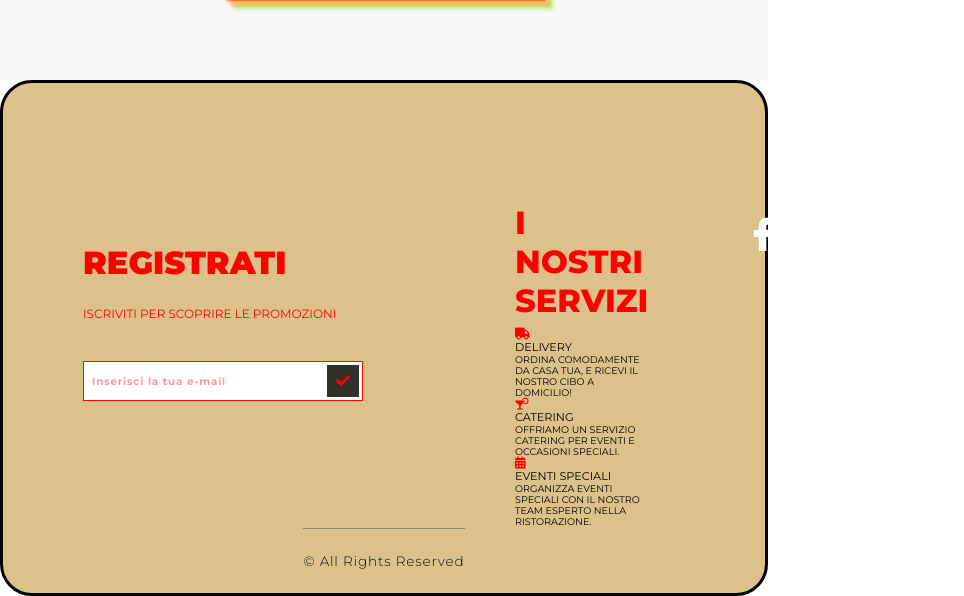
Repository: Probyte5D/ResponsiveFoodWebsite
Page: index.html
An editor plug-in stored every save of this project. The page is shown before and after the next save, followed by the edit.
The browser window is 768 px wide. The page is 964 px wide, so the pictures cover 964 px, including what lies to the right of the window. The pictures show the part of the page from y = 3459 to 4055 px (the page is 4055 px tall before and 3986 px after).
Backgrounds fixed to the window are drawn as part of the page. Some web fonts or font styles are not loaded; a fallback is used.

Above is the page before, as saved 2025-04-06 20:08:29.

### index.html
<!DOCTYPE html>
<html lang="en">
<head>
  <meta charset="UTF-8">
  <meta name="viewport" content="width=device-width, initial-scale=1.0">
  <title>Food Website</title>
  <link rel="stylesheet" href="style.css">
  <link rel="stylesheet" href="https://cdnjs.cloudflare.com/ajax/libs/font-awesome/5.15.4/css/all.min.css">
</head>
<body>

  <div class="navbar">

    <a href="#" class="navbar-link">
      <i class="fas fa-home"></i>
      <span>Home</span>
    </a>
    <a href="#" class="navbar-link">
      <i class="fas fa-info-circle"></i>
      <span>Chi Siamo</span>
    </a>
    <a href="#" class="navbar-link">
      <i class="fas fa-cogs"></i>
      <span>Servizi</span>
    </a>
    <a href="#" class="navbar-link">
      <i class="fas fa-envelope"></i>
      <span>Contatti</span>
    </a>
  </div>

  <div class="container">
    <!--section 1-->
    <div class="section-1">
      <h1 class="section-heading">
        Food Lab 5D
      </h1>
      <div class="section-1-Icons">
        <i class="fas fa-cheese change"></i>
        <i class="fas fa-egg"></i>
        <i class="fas fa-pizza-slice"></i>
        <i class="fas fa-fish"></i>
        <i class="fas fa-bacon"></i>
        <i class="fas fa-drumstick-bite"></i>
        <i class="fas fa-apple-alt"></i>
        <i class="fas fa-hamburger"></i>
        <i class="fas fa-ice-cream"></i>


      </div>
    </div>
    <!--end of section1-->
  </div>

<!--section 2-->
<div class="section-2">
  <h1 class="section-heading">Must Have</h1>
  <div class="cards-container">
    <!-- Card 1: Pizza -->
    <div class="card">
      <img src="Images/card-img-1.png" class="card-img" alt="Pizza ad alta lievitazione">
      <h3 class="card-name">Pizza ad alta lievitazione</h3>
      <p class="card-description">Pizza soffice e fragrante, con lievitazione naturale.</p>
      <span class="card-price">€12.00</span>
      <button class="card-btn">Prenota</button>
    </div>
    <!-- Card 2: Carne -->
    <div class="card">
      <img src="Images/card-img-2.png" class="card-img" alt="Carne di prima qualità">
      <h3 class="card-name">Carne di prima qualità</h3>
      <p class="card-description">Carne selezionata, cucinata alla perfezione.</p>
      <span class="card-price">€20.00</span>
      <button class="card-btn">Prenota</button>
    </div>
    <!-- Card 3: Dessert -->
    <div class="card">
      <img src="Images/card-img-3.png" class="card-img" alt="Dessert">
      <h3 class="card-name">Dessert</h3>
      <p class="card-description">Dolci freschi preparati con ingredienti di alta qualità.</p>
      <span class="card-price">€6.00</span>
      <button class="card-btn">Prenota</button>
    </div>
  </div>
</div>
<!--end of section 2-->


<!--sect 3-->
<div class="section-3">
  <h1 class="section-heading">Gallery</h1>
  <div class="gallery">
    <a href="#" class="gallery-link" title="Order Now">
      <img src="Images/gallery-img-1.jpg" class="food-img">
      <h3 class="food-name">Pasta</h3>
      <p class="food-description">Tagliatelle fresche condite con un sugo di carne bianco, simile alla genovese, ricco e profumato, ideale per chi ama i sapori tradizionali.</p>
    </a>
    <a href="#" class="gallery-link" title="Order Now">
      <img src="Images/gallery-img-2.jpg" class="food-img">
      <h3 class="food-name">Pesce</h3>
      <p class="food-description">Filetto di salmone servito con salsa bianca cremosa, accompagnato da broccoli al vapore per un equilibrio perfetto tra gusto e leggerezza.</p>
    </a>
    <a href="#" class="gallery-link" title="Order Now">
      <img src="Images/gallery-img-3.jpg" class="food-img">
      <h3 class="food-name">Aperitivi</h3>
      <p class="food-description">Un fresco spritz al limone servito con olive, taralli e sfiziosi stuzzichini per un perfetto inizio serata in stile italiano.</p>
    </a>
    <a href="#" class="gallery-link" title="Order Now">
      <img src="Images/gallery-img-4.jpg" class="food-img">
      <h3 class="food-name">Pizza</h3>
      <p class="food-description">Pizza cotta nel forno a legna con mozzarella di bufala, basilico fresco e pomodoro, una classica margherita fatta a regola d’arte.</p>
    </a>
    <a href="#" class="gallery-link" title="Order Now">
      <img src="Images/gallery-img-5.jpg" class="food-img">
      <h3 class="food-name">Colazione</h3>
      <p class="food-description">Colazione completa con pancake, frutta fresca, uova strapazzate, waffle dorati e un cappuccino cremoso per iniziare al meglio la giornata.</p>
    </a>
    <a href="#" class="gallery-link" title="Order Now">
      <img src="Images/gallery-img-6.jpg" class="food-img">
      <h3 class="food-name">Carne</h3>
      <p class="food-description">Tagliata di manzo servita con patate novelle al forno, un piatto rustico e saporito che esalta la qualità della carne.</p>
    </a>
  </div>
</div>


     <!--end ofsection3-->



<!-- sect 4 -->


<div class="section-4">
  <div class="section-4-text">
    <h2 class="section-4-heading">Registrati</h2>
    <p class="section-4-paragraph">Iscriviti per scoprire le promozioni</p>
    <form action="" class="signup-form">
      <input type="email" class="signup-form-input" placeholder="Inserisci la tua e-mail">
      <button type="submit" class="signup-form-btn">
        <i class="fas fa-check"></i>
      </button>
    </form>
  </div>


  <!-- Sezione Servizi -->
  <div class="services">
    <h1 class="section-4-services">I nostri servizi</h1>
    <div class="services-container">
      <div class="service">
        <i class="fas fa-truck"></i>
        <h3>Delivery</h3>
        <p>Ordina comodamente da casa tua, e ricevi il nostro cibo a domicilio!</p>
      </div>
      <div class="service">
        <i class="fas fa-cocktail"></i>
        <h3>Catering</h3>
        <p>Offriamo un servizio catering per eventi e occasioni speciali.</p>
      </div>
      <div class="service">
        <i class="fas fa-calendar-alt"></i>
        <h3>Eventi Speciali</h3>
        <p>Organizza eventi speciali con il nostro team esperto nella ristorazione.</p>
      </div>
    </div>
  </div>

  <p class="copyright">&copy; All Rights Reserved</p>

  <div class="footer-socials">
    <a href="#" class="social-icon"><i class="fab fa-facebook-f"></i></a>
    <a href="#" class="social-icon"><i class="fab fa-instagram"></i></a>
    <a href="#" class="social-icon"><i class="fab fa-twitter"></i></a>
    <a href="#" class="social-icon"><i class="fab fa-linkedin-in"></i></a>
  </div>


</div>


<!-- end of sect 4 -->

<script src="script.js"></script>
</body>
</html>

### style.css
@import url('https://fonts.googleapis.com/css2?family=Comfortaa:wght@300..700&family=Montserrat:ital,wght@0,100..900;1,100..900&family=Roboto+Serif:ital,opsz,wght@0,8..144,100..900;1,8..144,100..900&display=swap');

@import url('https://fonts.googleapis.com/css2?family=Montserrat:ital,wght@0,100..900;1,100..900&display=swap');

/*common styles*/
*{
  margin: 0;
  padding: 0;
  box-sizing: border-box;
  text-decoration: none;
  outline: none;
  font-family: "Montserrat", "Comfortaa";
  font-weight: 400;
}

html{
  font-size: 62.5%;
}
/*end of common styles*/

/*section1*/

.section-1{

  width:100%;
  height: 100vh;
  background-color: #333;
  display: flex;
  flex-direction: column;
  align-items: center;
  justify-content: space-evenly;
  background-image:
  linear-gradient(rgba(0, 0, 0, 0.5), rgba(0, 0, 0, 0.575)), /* Fading effect */
  url('Images/restaurant-background-2.jpg'); /* L'immagine di sfondo */
background-size: cover; /* L'immagine coprirà tutta la sezione */
background-position: center; /* Centra l'immagine */
background-attachment: fixed; /* Fissa lo sfondo mentre si scorre */
  height: 100vh;  /* Imposta l'altezza della sezione per coprire tutta la finestra */
  color: white;  /* Colore del testo per garantire il contrasto con l'immagine */
  padding: 2rem;  /* Padding per evitare che il contenuto tocchi il bordo */
  border: 10px solid white;  /* Aggiungi il bordo bianco */
  box-sizing: border-box;  /* Include il bordo nel calcolo della larghezza/altezza */
  border-radius: 10px;  /* Opzionale: aggiungi angoli arrotondati */

}

.section-heading{
  font-size: 12rem;
  font-weight: 900;
  color: white;
  text-align: center;
  text-transform: capitalize;
  letter-spacing: 0.5rem;
  text-shadow: 0.3rem 0.3rem 0.3rem #000;
}

.section-1-Icons i
{
  font-size: 35rem;
  color:#9e6f09c5;
  position: absolute;
  transform: translate(-50%, -50%) scale(0); /*nascosta*/
  text-shadow: 0.2rem 0.2rem 0.2rem #000;
  transition: transform 0.3s;
}

.section-1-Icons i.change
{
  transform: translate(-50%, -50%) scale(1);/*visibile*/
  transition: transform 0.3s 0.3s;
}
/*end of sect1*/


/*sect2*/

.section-2 {
  width: 100%;
  height: 100vw;
  background-color: #222;
  background-image:
  linear-gradient(rgba(0, 0, 0, 0.5), rgba(0, 0, 0, 0.575)), /* Fading effect */
  url('Images/restaurant-background.jpg'); /* L'immagine di sfondo */
background-size: cover; /* L'immagine coprirà tutta la sezione */
background-position: center; /* Centra l'immagine */
background-attachment: fixed; /* Fissa lo sfondo mentre si scorre */
  display: flex;
  flex-direction: column;
  justify-content: space-between;
  padding: 10rem 0;
}

.cards-container{
  display: flex;
  justify-content: space-evenly;
}

.card{
  position: relative;
  width: 30rem;
  background-color:rgba(255, 223, 0, 0.7); /* Dorato più soft */
  padding: 4rem;
  display: flex;
  flex-direction: column;
  justify-content: space-between;
  align-items: center;
  box-shadow: 1rem 1rem 1rem #000;
  transform: rotateY(20deg) skewX(-2deg);
  transition: transform 0.5s, box-shadow 0.5s;
}

.card:hover{

  transform: rotateY(20deg) skewX(-2deg) translateY(-3rem);
  box-shadow: 2rem 2rem 2rem #000;
  background-color: rgba(255, 215, 0, 0.85); /* Dorato più pieno durante l'hover */
}

.card::before {
  content: "";
  height: 100%;
  width: 1rem;
  background-color: rgb(139, 139, 98);
  position: absolute;
  top: 0;
  left: -1rem;
  transform: skewY(45deg);
  transform-origin: right;
  box-shadow: -.1rem -.1rem -.1rem #000;
}

.card::after {
  content: "";
  height: 1rem;
  width: 100%;
  background-color: rgba(255, 223, 0, 0.7); /* Dorato più soft */
  position: absolute;
  top: -1rem;
  left: 0;
  transform: skewX(45deg);
  transform-origin: bottom;
  box-shadow: -.1rem -.1rem -.1rem #000;



}

.card-img {
  width: 100%;               /* L'immagine occuperà tutta la larghezza disponibile */
  height: 200px;             /* Impostiamo un'altezza fissa per tutte le immagini */
  object-fit: contain;       /* L'immagine verrà ridimensionata senza distorsioni */
  object-position: center;   /* Centra l'immagine nel contenitore */
}
/*end of sect2*/

.card-name{
  font-size: 3rem;
  font-weight: bolder;
  text-transform: uppercase;
  letter-spacing: 0.5rem;
  color: #111; /* Colore del testo scuro per contrasto */
  margin:2rem 0;
  text-shadow: 0.15rem 0.154rem 0.15rem #000;
  font-display: center;

}

.card-btn{
width:70%;
background-color: #000;
color: antiquewhite;
border-radius: 5rem;
font-size: 1.5rem;
font-weight: 800;
letter-spacing: 0.2rem;
text-transform: capitalize;
border: none;
padding: 0.5rem 0;
cursor: pointer;
box-shadow: -.2rem -.2rem  -.2rem #000 ;
}


.card-description{
  font-size: 2rem;
  color: #313127;
  font-weight: bolder;
  margin:2rem 2rem;
  letter-spacing: 0.2rem;
  padding-top: 0.5rem;
  text-shadow: 0.15rem 0.154rem 0.15rem #999986;
  margin-top: 0.5rem ;
  padding-bottom: 0.5rem;
}
.card-price{
  font-size: 2rem;
  color: #070706;
  position: bottom;
  margin-bottom: 0.5rem;
  padding-bottom: 0.2rem;
}


/*sect3*/
.section-3{

  background-color: #f7f7f7;
  padding: 5rem 0;

}

.gallery{
  display: flex;
  flex-wrap: wrap;
  align-items: center;
  justify-content: space-evenly;
  margin-top: 10rem;

}
.food-img {
  width: 24vw;
  height: 15vw;
  object-fit: cover;
  box-shadow:
    0.3rem 0.3rem 0.2rem rgba(255, 0, 0, 0.4),    /* Rosso morbido */
    0.6rem 0.6rem 0.3rem rgba(255, 204, 0, 0.3),  /* Giallo tenue */
    0.9rem 0.9rem 0.3rem rgba(255, 94, 8, 0.3),   /* Arancione tenue */
    1.2rem 1.2rem 0.4rem rgba(102, 243, 8, 0.3);  /* Verde chiaro */
  transition: all 0.5s;
}

/*end sect3*/

.gallery-link {
  margin: 4rem 1rem;
  position: relative;
}

.gallery-link::before {
  content: "";
  position: absolute;
  width: 0.2rem;
  height: 0;
  background-color: white;
  top: 2vw;
  left: 80%;
  transition: height 0.5s;
  z-index: 10;
}

.gallery-link::after {
  content: "";
  position: absolute;
  width: 0;
  height: 0.2rem;
  background-color: white;
  top: 30%;
  left: 2rem;
  transition: width 0.5s;
}

.gallery-link:hover::before {
  height: 80%;
}

.gallery-link:hover::after {
  width: 90%;
}

.food-name {
  position: absolute;
  top: 3rem;
  left: 3rem;
  font-size: 2rem;
  margin-top: 1rem;
  text-transform: uppercase;
  font-weight: 700;
  color: white;
  width: 0;
  overflow: hidden;
  transition: width 0.3s;
}

.food-description {
  position: absolute;
  bottom: 3vw;
  left: 2rem;
  margin-top: 0.5rem;
  font-size: 1rem;
  line-height: 1.4;
  width: 70%;
  font-weight: 700;
  text-transform: uppercase;
  color: white;
  visibility: hidden;
  opacity: 0;
  transition: opacity 0.3s;
}

.gallery-link:hover .food-name {
  width: 100%;
  transition: width 1.5s 0.5s;
}

.gallery-link:hover .food-description {
  opacity: 1;
  visibility: visible;
  transition: opacity 1s 1s;
}

.gallery-link:hover .food-img {
  box-shadow:
    1rem 1rem 0.2rem rgba(255, 0, 0, 0.5),    /* Rosso più sfumato */
    2rem 2rem 0.3rem rgba(255, 204, 0, 0.4),  /* Giallo più chiaro */
    3rem 3rem 0.4rem rgba(255, 94, 8, 0.4),   /* Arancione sfumato */
    4rem 4rem 0.5rem rgba(102, 243, 8, 0.4);  /* Verde più tenue */
  filter: blur(0.5rem);
  transform: scale(1.1);
}




/*sect4*/

.section-4{
  width: 100%;
  height: 55vh;
  background-color: #b47b0075;
  display: flex;
  justify-content: space-around;
  align-items: flex-start;
  padding: 3rem 0;
  position: relative;
  border: solid #000;
  border-radius: 4rem;


}

.copyright{
  position: absolute;
  bottom: 3rem;
  font-size: 1.7rem;
  font-weight: 200;
  color: #0e0d0d;
  font-weight: 300;
  letter-spacing: 0.1rem;
  border-top: solid #888 0.1rem;
  padding-top: 3rem;

}

.section-4-text{
  text-transform: uppercase;
}

.section-4-heading{
  font-size: 4rem;
  font-weight: 900;
  color: red;
  flex-direction: column;
  padding-bottom: 3rem;
  justify-content: center;  /* Centra gli elementi verticalmente */
  align-items: center;  /* Centra gli elementi orizzontalmente */
}


.section-4-services{
  font-size: 4rem;
  font-weight: 800;
  text-transform: uppercase;
  color: red;
  padding-bottom: 1rem;
}

.footer-socials i{

  font-size: 4rem;
  font-weight: 800;
  color: white;
justify-content: space-around;
padding-left: 2rem;
}

.footer-socials i:hover{

  color: red;
  transition: 0.5s;
}
.section-4-paragraph{
  font-size: 1.5rem;
  color: red;
}
.signup-form{
  display: flex;
  align-items: center;



}

.signup-form-input{
  width: 35rem;
  height: 5rem;
  padding: 1rem;
  border: 0.2rem solid rgb(255, 8, 0);
  font-size: 1.6rem;
  font-weight: 700;
  letter-spacing: 0.1rem;
  color: red;
  flex-direction: column;
  margin-top: 5rem;

}

.signup-form-input::placeholder{
  color:rgba(255, 0, 0, 0.4);
  font-size: 1.3rem;
}

.signup-form-btn{
  position: relative;
  left: -4.5rem;
  width: 4rem;
  height: 4rem;
  background-color: #313127;
  color: red;
  border: none;
  cursor: pointer;
  font-size: 1.8rem;
  margin-top: 5rem;
}

.service{
  font-size: 1.2rem;
  text-transform: uppercase;
  text-shadow: #000;
}

.service i{
  font-size: 1.5rem;
  color: red;
}
/*end of sect4*/


/*nav*/

/* NAVBAR HIDDEN STATE (inizialmente nascosta) */
.navbar {
  position: fixed;

  left: 0;
  width: 100%;
  height: 14rem;
  background-color: rgba(44, 42, 42, 0.9);
  backdrop-filter: blur(8px);
  z-index: 9999;  /* più alto di tutto */
  display: flex;
  align-items: center;
  justify-content: center;

    transition: top 0.3s ease;
    top: 0;

    opacity: 1;
    pointer-events: all;
    transition: top 0.2s ease-in-out, opacity 0.2s ease-in-out;
  box-shadow: 0.2rem 0.2rem 0.2rem #000;
  transition: top 0.5s ease-in-out;
}



.navbar.hidden {
  top: -120px;
  opacity: 0;
  pointer-events: none;
          /* Nasconde tutto completamente */
  transform: translateY(-100%); /* La navbar esce completamente verso l'alto */
  opacity: 0;                   /* La navbar diventa completamente invisibile */
  visibility: hidden;           /* Nasconde la navbar completamente */
  pointer-events: none;
}

/* NAVBAR VISIBLE STATE */
.navbar.active {
  top: 0;
}

.navbar .nav-content {
  transition: opacity 0.3s ease;
  opacity: 1;
}

.nav-content {
  opacity: 0;
}
/* NAV LINKS */
.navbar-link {
  color: #999986;
  margin: 1rem;
  font-weight: 900;
  font-size: 4rem;
  letter-spacing: 0.5rem;
  text-transform: uppercase;
  text-align: center;
  transition: color 0.3s;
}

.navbar-link:hover {
  color: #ffcc00;
}

/* OPTIONAL - SPAN PICCOLO SOTTO OGNI LINK */
.navbar-link span {
  display: block;
  font-size: 1.2rem;
  font-weight: 700;
  letter-spacing: 0.3rem;
  margin-top: 0.5rem;
  color: #ccc;
}




/*end of nav*/


@media (max-width:1400px) {
  html{
    font-size: 50%;
  }

  .section-2{
    height: auto;
    padding: 10rem 0 12rem 0;
  }
  .cards{
    margin-top: 10rem;
  }

  .gallery-link{
    width: 40rem;
    height: 25rem;
    margin: 5rem;
  }

  .food-img{
    width: 100%;
    height: 100%;
  }

  .section-4{
    height: auto;
    padding: 10rem 0 12rem 0;
  }
  .services{
    width: 40rem;
    height: 25rem;
    margin: 5rem;
  }
  .section-4-text{
    height: auto;
    padding: 10rem 10rem 12rem 10rem;
  }


  /* Footer Social Icons - Rimuovere l'altezza fissa e migliorare la disposizione */
  .footer-socials {
    display: flex;               /* Utilizzare flexbox per disporre le icone */
    justify-content: center;     /* Centrare le icone */
    align-items: center;         /* Allineare verticalmente */
    padding: 2rem 0;             /* Aggiungere un po' di padding per separare dalle altre sezioni */
    margin: 5rem;
  }

  .footer-socials .social-icon {
    margin: 0 1rem;             /* Distanza tra le icone */
    font-size: 2.5rem;           /* Impostare una dimensione adeguata per le icone */
    color: #333;                 /* Colore delle icone */
    transition: color 0.3s ease; /* Aggiungere transizione per un effetto hover */
  }

  .footer-socials .social-icon:hover {
    color: #1d72b8;             /* Colore delle icone quando vengono passate sopra con il mouse */
  }

}
@media (max-width: 1000px) {


  .section-heading{
    font-size: 9rem;
    margin:0.5rem;
  }

  .section-1-Icons{
    font-size: 25rem;
  }
  .cards-container{
    flex-wrap: wrap;
  }
  .cards{
    margin: 5rem;
  }
}

### script.js
const icons = document.querySelectorAll('.section-1-Icons i'); // Seleziona tutte le icone

let i = 1; // Variabile per tracciare l'indice dell'icona corrente

setInterval(() => {
  const icon = document.querySelector('.section-1-Icons i.change'); // Seleziona l'icona con la classe 'change'

  // Se l'icona esiste
  if (icon) {
    icon.classList.remove('change'); // Rimuove la classe 'change' dall'icona corrente

    // Se siamo oltre l'ultima icona, ripristina alla prima
    if (i >= icons.length) {
      icons[0].classList.add('change'); // Aggiunge la classe 'change' alla prima icona
      i = 1; // Resetta l'indice a 1
    } else {
      icon.nextElementSibling.classList.add('change'); // Passa alla prossima icona
      i++; // Incrementa l'indice
    }
  }
}, 4000);




  let lastScroll = 0;
  const navbar = document.querySelector('.navbar');

  window.addEventListener('scroll', () => {
    const currentScroll = window.scrollY;

    if (currentScroll > lastScroll) {
      // Scroll verso il basso → nascondi
      navbar.style.top = "-100px";
    } else {
      // Scroll verso l'alto → mostra
      navbar.style.top = "0";
    }

    lastScroll = currentScroll;
  });

After the next save:
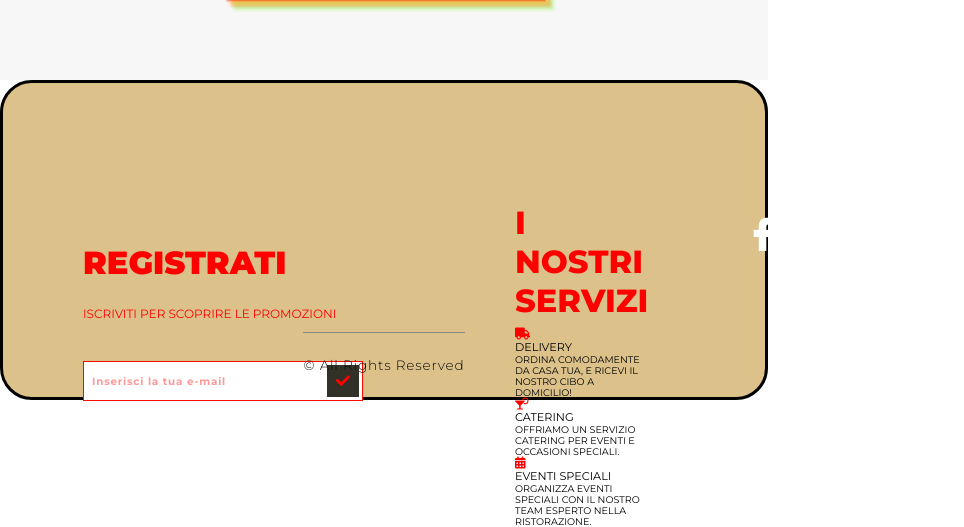
Saved 115 s later.
--- a/style.css
+++ b/style.css
@@ -606,4 +606,9 @@ padding-left: 2rem;
   .cards{
     margin: 5rem;
   }
-}
+
+  .section-4{
+    height: 40rem;
+  }
+
+}
